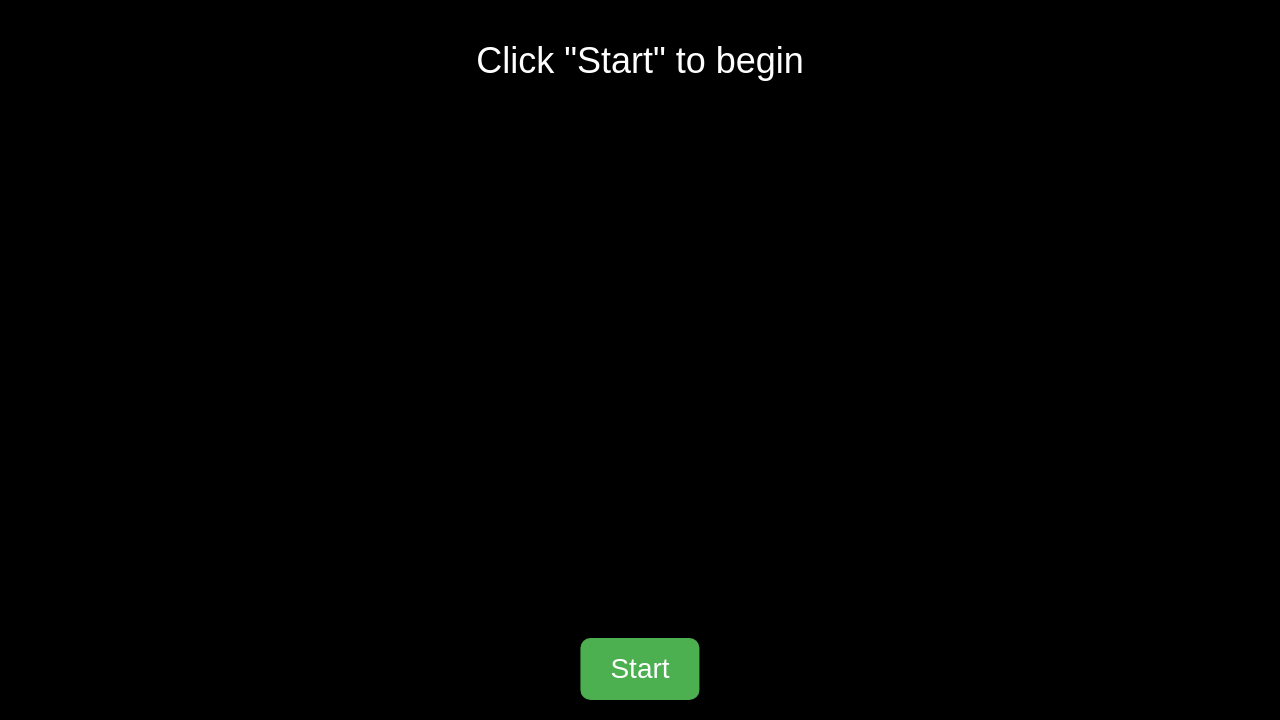
Repository: Jayhawk2000/AR_Game_DCD_Children
Page: challenge/throwing/index.html
These files come from the project's save history. The page is drawn as it stood at one moment and after the next save; the edit follows.
The browser window is 1280 px wide. The pictures show the whole page.

Above is the page before, as saved 2024-09-08 11:18:42.

After the next save:
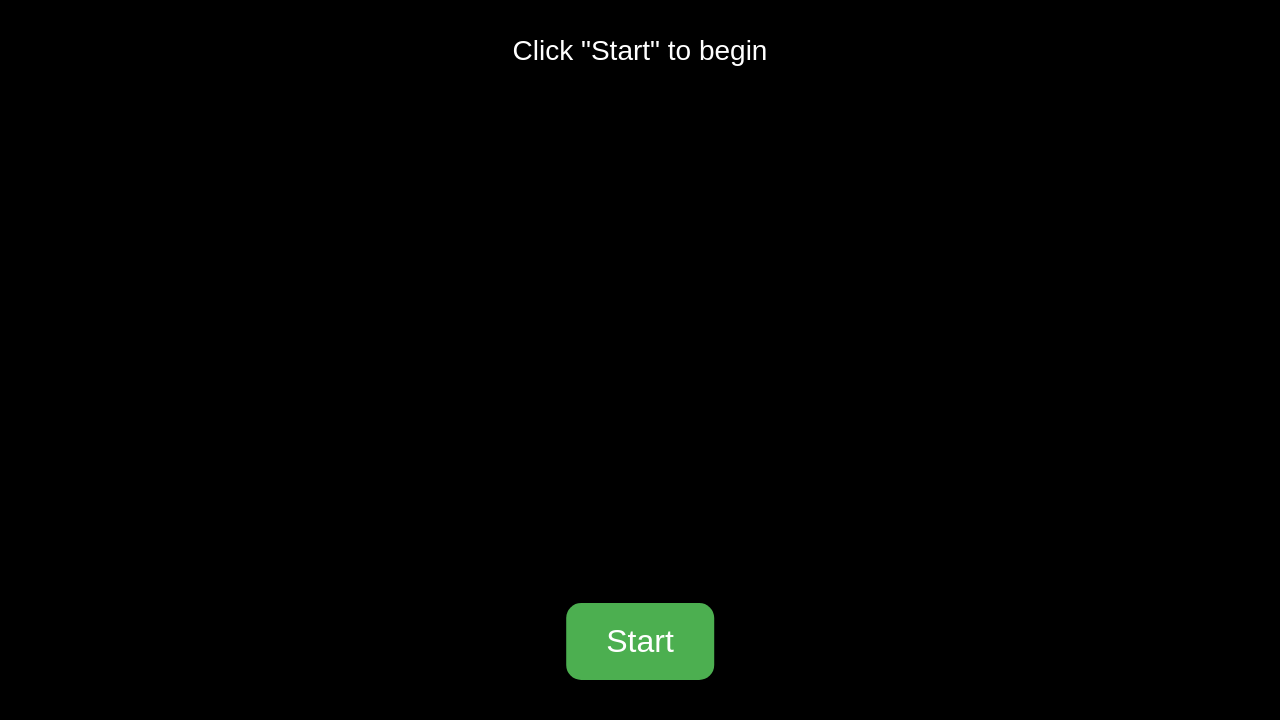
Saved 6 s later.
--- a/challenge/throwing/styles.css
+++ b/challenge/throwing/styles.css
@@ -13,12 +13,35 @@ body {
   transform: translateX(-50%);
   background-color: rgba(0, 0, 0, 0.7);
   color: white;
-  padding: 20px 30px;
-  border-radius: 15px;
-  font-size: 36px;
+  padding: 15px 25px;
+  border-radius: 10px;
+  font-size: 28px;
   text-align: center;
   z-index: 30;
   max-width: 80%;
+}
+
+#footInfo,
+#armInfo {
+  position: absolute;
+  left: 50%;
+  transform: translateX(-50%);
+  background-color: rgba(0, 0, 0, 0.7);
+  color: white;
+  padding: 10px 20px;
+  border-radius: 10px;
+  font-size: 24px;
+  text-align: center;
+  z-index: 30;
+  max-width: 70%;
+}
+
+#footInfo {
+  top: 120px;
+}
+
+#armInfo {
+  top: 180px;
 }
 
 #startButton {
@@ -54,38 +77,3 @@ body {
   height: 100%;
   z-index: 20;
 }
-
-/* New styles for result page */
-#resultInfo {
-  position: absolute;
-  top: 30%;
-  left: 50%;
-  transform: translateX(-50%);
-  background-color: rgba(0, 0, 0, 0.8);
-  color: white;
-  padding: 20px 30px;
-  border-radius: 15px;
-  font-size: 36px;
-  text-align: center;
-  max-width: 80%;
-}
-
-#retryButton,
-#startButton {
-  position: absolute;
-  bottom: 20px;
-  left: 50%;
-  transform: translateX(-50%);
-  padding: 15px 30px;
-  font-size: 28px;
-  cursor: pointer;
-  background-color: #4caf50;
-  color: white;
-  border: none;
-  border-radius: 10px;
-  margin-top: 20px;
-}
-
-#retryButton {
-  margin-top: 50px;
-}
